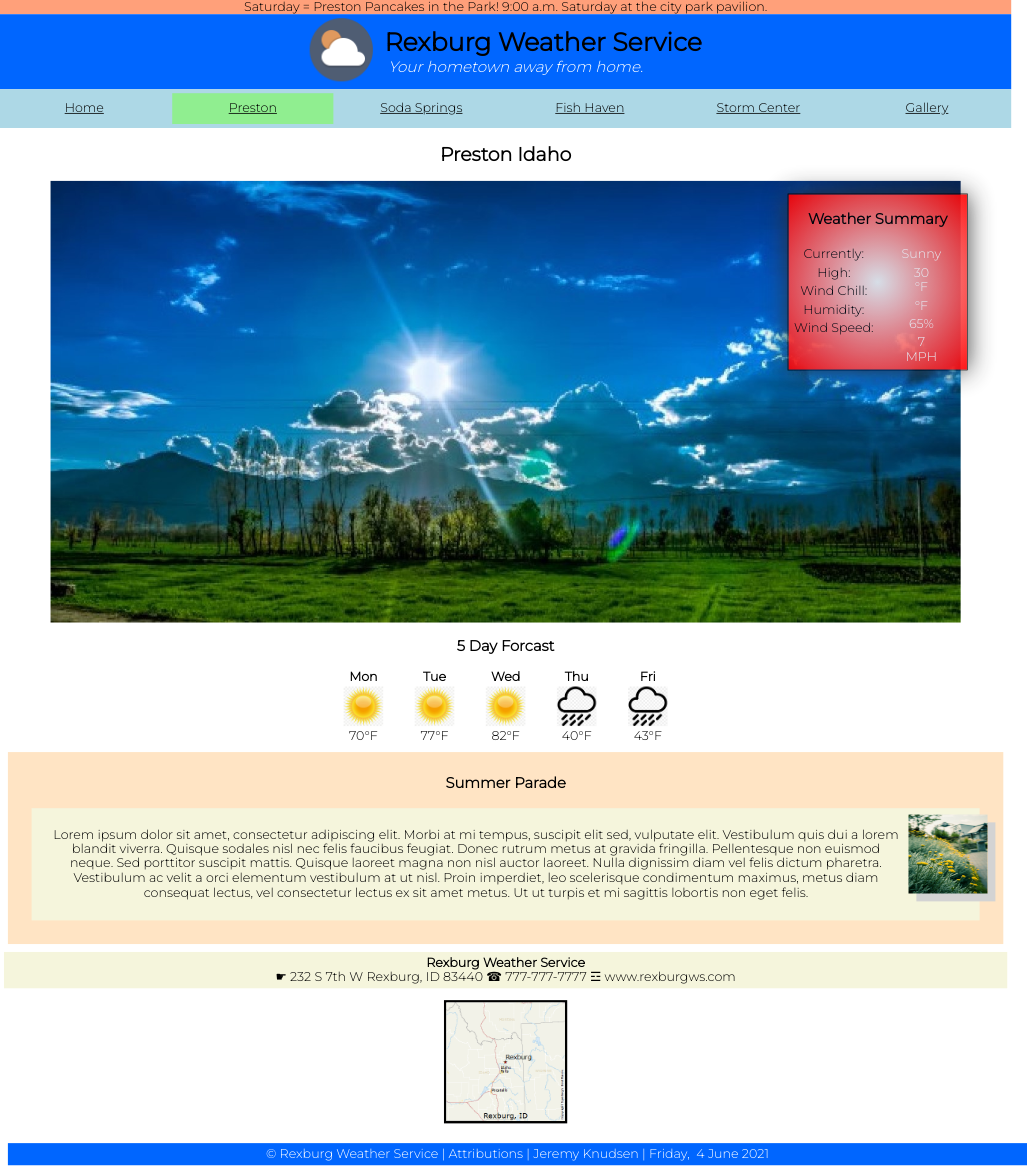
Repository: jknudsen97/jknudsen97.github.io
Page: Lesson06/preston-6.html
These files come from the project's save history. The page is drawn as it stood at one moment and after the next save; the edit follows.
The browser window is 1280 px wide. The page is 1300 px wide, so the pictures cover 1300 px, including what lies to the right of the window. The pictures show the whole page, at 79% of full size.

Above is the page before, as saved 2021-06-09 12:51:06.

### Lesson06/preston-6.html
<!DOCTYPE html>
<html lang="en">
<head>
    <meta charset="UTF-8">
    <meta http-equiv="X-UA-Compatible" content="IE=edge">
    <meta name="viewport" content="width=device-width, initial-scale=1.0">
    <title>Rexburg Weather Service</title>
    <meta name="description" content="This will be the main preston town page"/>
    <link rel="preconnect" href="https://fonts.gstatic.com">
    <link href="https://fonts.googleapis.com/css2?family=Montserrat:wght@100;300&display=swap" rel="stylesheet">
    <link rel="preconnect" href="https://fonts.gstatic.com">
    <link href="https://fonts.googleapis.com/css2?family=Nunito:wght@300&display=swap" rel="stylesheet">
    <script defer src="js/script.js"></script>
    <link rel="stylesheet" href="https://cdnjs.cloudflare.com/ajax/libs/normalize/8.0.1/normalize.min.css">
    <link rel="stylesheet" href="css/main.css"/>
    <link rel="stylesheet" href="css/medium.css"/>
    <link rel="stylesheet" href="css/large.css"/>
</head>
<body>
    <div class="banner">Saturday = Preston Pancakes
        in the Park!  9:00 a.m.
        Saturday at the city park pavilion.
    </div>
    <header>
        <picture>
            <img src="images/logo.png" alt="Preston logo">
        </picture>
        <section class="headings">
            <h1>Rexburg Weather Service</h1>
            <div class="motto">Your hometown away from home.</div>
        </section>
    </header>

    <div class="nav">
        <div class="hamburger">
            <span class="bar"></span>
            <span class="bar"></span>
            <span class="bar"></span>
        </div>
        <ul class="menu">
            <li><a href="#home" class="link">Home</a></li>
            <li><a href="#preston" class="current">Preston</a></li>
            <li><a href="#sodaSprings" class="link">Soda Springs</a></li>
            <li><a href="#fishHaven" class="link">Fish Haven</a></li>
            <li><a href="#stormCenter" class="link">Storm Center</a></li>
            <li><a href="#gallery" class="link">Gallery</a></li>
        </ul>
    </div>
    <main>
        <div>
            <h2>Preston Idaho</h2>
            <picture>
                <source srcset="images/wdd230_image200.jpeg" media="(max-width: 500px)">
                <source srcset="images/wdd230_image400.jpeg" media="(max-width: 800px)">
                <source srcset="images/wdd230_image600.jpeg" media="(max-width: 1200px)">
                <img class="stock1" src="images/wdd230_image600.jpeg" alt="Stock Photo 1">
            </picture>
                    <div class="summary">
                        <h3>
                            Weather Summary
                        </h3>
                        <div class="sum-titles">
                            <ul class="sum-data">
                                <li>Currently: </li>
                                <li>High: </li>
                                <li>Wind Chill: </li>
                                <li>Humidity: </li>
                                <li>Wind Speed: </li>
                            </ul>
                            <ul>
                                <li class="s-color">Sunny</li>
                                <li class="s-color"><span id="temp">30</span>&#176;F</li>
                                <li class="s-color"><span id="WC"></span>&#176;F</li>
                                <li class="s-color">65%</li>
                                <li class="s-color"> <span id="speed">7</span>MPH</li>
                            </ul>
                        </div>
                    </div>
                    <div class="weather">
                        <h3>5 Day Forcast</h3>
                        <table class="table">
                            <tr class="days">
                                <th>Mon</th>
                                <th>Tue</th>
                                <th>Wed</th>
                                <th>Thu</th>
                                <th>Fri</th>
                            </tr>
                            <tr>
                                <td><img class="sunny" src="images/sunny.png" alt="Sunny Thumbnail"><span>70&#176;F</span></td>
                                <td><img class="sunny" src="images/sunny.png" alt="Sunny Thumbnail"><span>77&#176;F</span></td>
                                <td><img class="sunny" src="images/sunny.png" alt="Sunny Thumbnail"><span>82&#176;F</span></td>
                                <td><img class="rainy" src="images/rainy.png" alt="Sunny Thumbnail"><span>40&#176;F</span></td>
                                <td><img class="rainy" src="images/rainy.png" alt="Sunny Thumbnail"><span>43&#176;F</span></td>
                            </tr>
                        </table>
                    </div>
                    <div class="background">
                    <h3>Summer Parade</h3>
                    <img class="stock2" src="images/stock2.jpg" alt="Stock Photo 2">
                <div class="fillerText">
                    <p>
                    Lorem ipsum dolor sit amet, consectetur adipiscing elit.
                    Morbi at mi tempus,
                    suscipit elit sed,
                    vulputate elit. Vestibulum quis dui a lorem blandit viverra.
                    Quisque sodales nisl nec felis faucibus feugiat.
                    Donec rutrum metus at gravida fringilla.
                    Pellentesque non euismod neque.
                    Sed porttitor suscipit mattis.
                    Quisque laoreet magna non nisl auctor laoreet.
                    Nulla dignissim diam vel felis dictum pharetra.
                    Vestibulum ac velit a orci elementum vestibulum at ut nisl.
                    Proin imperdiet, leo scelerisque condimentum maximus,
                    metus diam consequat lectus,
                    vel consectetur lectus ex sit amet metus.
                    Ut ut turpis et mi sagittis lobortis non eget felis.
                    </p>
                </div>
            </div>
        </div>
        <div class="contact">
            <p class="contact-info"><b>Rexburg Weather Service</b>
            &#9755;	232 S 7th W
            Rexburg, ID 83440
            &#9742; 777-777-7777
            &#9778; www.rexburgws.com</p>
        </div>
        <div class="map">
            <img class="map2" src="images/map.png" alt="Rexburg Map">
        </div>
    </main>
    <footer>
        <div>&copy; Rexburg Weather Service | Attributions | Jeremy Knudsen |&nbsp;</div>
        <div class="current2">
            <span id="currentDayofWeek"></span>, &nbsp;
            <span id="currentDay"></span> &nbsp; <span id="currentMonth"></span> &nbsp;
            <span id="currentYear"></span>
        </div>
    </footer>
</body>
</html>

### Lesson06/css/main.css
header {
    background-color: #0066ff;
    padding: 5px;
    display: flex;
    align-items: center;
    justify-content: center;
}

header img{
    width: 50px;
    height: auto;
}

body{
    font-family: 'Montserrat', sans-serif;
}

main{
    text-align: center;
}

p{
    justify-content: center;
    background-color: beige;
    padding: 25px;
    margin: 20px;
}

.headings {
    display: flex;
    flex-direction: column;
}

.headings h1{
    font-size: 2em;
    margin: 0 0 0 15px;
}

.motto{
    font-style: italic;
    color: white;
    margin-left: 20px;
    font-size: 1.2rem;
}

.nav{
    overflow: hidden;
    background-color: lightblue;
    position: relative;
}

.menu{
    overflow: hidden;
    display: none;
}

.menu li{
    list-style: none;
    text-decoration: none;
    flex: 1;
    text-align: center;
    justify-content: center;
    box-sizing: border-box;
    line-height: 1.5rem;
}

.menu a{
    color: black;
    justify-content: space-between;
    text-align: center;
    list-style-type: none;
    flex-direction: row;
    align-items: center;
    display: block;
}

.active{
    display: block;
    padding: 0px;
}

a.link, a.current{
    padding: 7.5px;
}

.nav a.icon{
    background: black;
    display: block;
    position: absolute;
    right: 0;
    top: 0;
}

.hamburger{
    display: none;
}

.bar{
    display: block;
    width: 25px;
    height: 3px;
    margin: 5px auto;
    -webkit-transition: all 0.3s ease-in-out;
    transition: all 0.3s ease-in-out;
    background-color: black;
}

footer {
    margin: 10px;
    color: white;
    background-color: #0066ff;
    padding: 5px;
    display: flex;
    align-items: center;
    justify-content: center;
    flex-direction: column;
}

.hamburger{
    display: block;
    cursor: pointer;
}

.hamburger.active .bar:nth-child(2) {
    opacity: 0;
}

.hamburger.active .bar:nth-child(1) {
    transform: translateY(8px) rotate(45deg);
}

.hamburger.active .bar:nth-child(3) {
    transform: translateY(-8px) rotate(-45deg);
}

.header img{
    width: 120px;
    height: auto;
}

/*Lesson05*/

.stock1{
    display: block;
    align-items: center;
    margin-left: auto;
    margin-right: auto;
    max-width: 95%;
    height: auto;
    position: relative;
}

.stock2{
    box-shadow: 10px 10px lightgray;
    margin: 10px;
    float: right;
    width: 100px;
    height: 100px;
}

.fillertext{
    padding: 15px;
    margin: 10px;
    text-align: justify;
}

.background{
    justify-content: center;
    display: block;
    background-color: bisque;
    padding: 10px;
    margin: 10px;
}

.weather{
    display: none;
}

.contact-info{
    margin: 5px;
    padding: 5px;
    display: flex;
    flex-direction: column;
}

.map{
    display: none;
}

ul{
    padding: 0;
    margin: 0;
    list-style-type: none;
}

li{
    margin: 5px;
}

div.summary{
    top: 240px;
    right: 50px;
    background: radial-gradient(#eee, red);
    border: 1px solid #000;
    padding: 0.15rem;
    box-shadow: 0 0 30px #333;
    opacity: .9;
    margin: 5px;
}

.s-color{
    color: white;
}

.banner{
    text-align: center;
    background-color: lightsalmon;
    margin-left: auto;
    margin-right: auto;
}

td{
    padding-right: 20px;
    padding-left: 20px;
}

tr{
    padding: 5px;
    clear: both;
    overflow: hidden;
    white-space: nowrap;
}

.sum-titles{
    display: grid;
    grid-template-columns: 1fr 1fr;
}

### Lesson06/css/medium.css
@media only screen and (min-width: 32.5em){
    .menu{
        display: flex;
    }

    header img{
        width: 80px;
        height: auto;
    }

    .headings h1{
        font-size: 2rem;
    }

    .hamburger{
        display: none;
    }

    footer{
        margin: 10px;
        flex-direction: row;
        width: 100%;
    }

    /*Lesson05*/

    .stock1{
        width: 50%;
        height: 10%;
    }

    .weather{
        display: contents;
    }

    .table{
        border-collapse: collapse;
        margin-left: auto;
        margin-right: auto;
    }

    th, td{
        border: 1px black;
    }

    .sunny{
        width: 50px;
        height: 50px;
    }

    .rainy{
        width: 50px;
        height: 50px;
    }

    span{
        display: block;
    }

    .current2{
        display: flex;
        flex-direction: row;
    }

    .map{
        display: contents;
    }

    .map2{
        position: static;
        width: 150px;
        height: 150px;
        margin: 10px;
        border-style: solid;
        border-color: black;
    }

    .summary{
        top: 275px;
        right: 50px;
        position: absolute;
    }

    .sum-titles{
        position: static;
        border-collapse: collapse;
        margin-left: auto;
        margin-right: auto;

        height: auto;
    }

    .nav a:active{
        background-color: white;
    }

    .nav a:hover{
        background-color: green;
        color: white;
    }


    .current {
        background:lightgreen;
      }
}

### Lesson06/css/large.css
@media only screen and (min-width: 60em){
    .menu{
        display: flex;
        top: 5rem;
        border-radius: 10px;
        justify-content: space-between;
        width: 100%;
        transition: 0.3s;
    }

    .stock1{
        width: 90%;
    }
}

### Lesson06/js/script.js
const hamburger = document.querySelector(".hamburger");
const menu = document.querySelector(".menu");
hamburger.addEventListener("click", mobileMenu);

function mobileMenu() {
    hamburger.classList.toggle("active");
    menu.classList.toggle("active");
}

const link = document.querySelectorAll(".link");
link.forEach(n => n.addEventListener("click", closeMenu));

function closeMenu(){
    hamburger.classList.remove("active");
    menu.classList.remove("active");
}

var d = new Date();
var weekday = new Array(7);
weekday[0] = "Sunday";
weekday[1] = "Monday";
weekday[2] = "Tuesday";
weekday[3] = "Wednesday";
weekday[4] = "Thursday";
weekday[5] = "Friday";
weekday[6] = "Saturday";

var n = weekday[d.getDay()];
document.querySelector("#currentDayofWeek").innerHTML = n;

var n = d.getDate();
document.querySelector("#currentDay").innerHTML = n;

var month = new Array();
month[0] = "January";
month[1] = "February";
month[2] = "March";
month[3] = "April";
month[4] = "May";
month[5] = "June";
month[6] = "July";
month[7] = "August";
month[8] = "September";
month[9] = "October";
month[10] = "November";
month[11] = "December";

var n = month[d.getMonth()];
document.querySelector("#currentMonth").innerHTML = n;

var n = d.getFullYear();
document.querySelector("#currentYear").innerHTML = n;

//Lesson05

/*var header = document.querySelector("#nav");
var btns = header.getElementsByClassName("link");
for (var i = 0; i < btns.length; i++) {
  btns[i].addEventListener("click", function() {
  var current = document.getElementsByClassName("active");
  if (current.length > 0) {
    current[0].className = current[0].className.replace(" active", "");
  }
  this.className += " active";
  });
}*/

/*const current = 0;
for (var i = 0; i < document.links.length; i++) {
    if (document.links[i].href === document.URL) {
        current = i;
    }
}
document.links[current].className = 'current';*/

let thedate = new Date();
const friday = thedate.getDay();
const banner = document.querySelector('.banner');

if (thedate.getDay() == 5)
{
  document.querySelector('.banner').style.display = 'block';
}
else
{
  banner.style.display = "none";
}

After the next save:
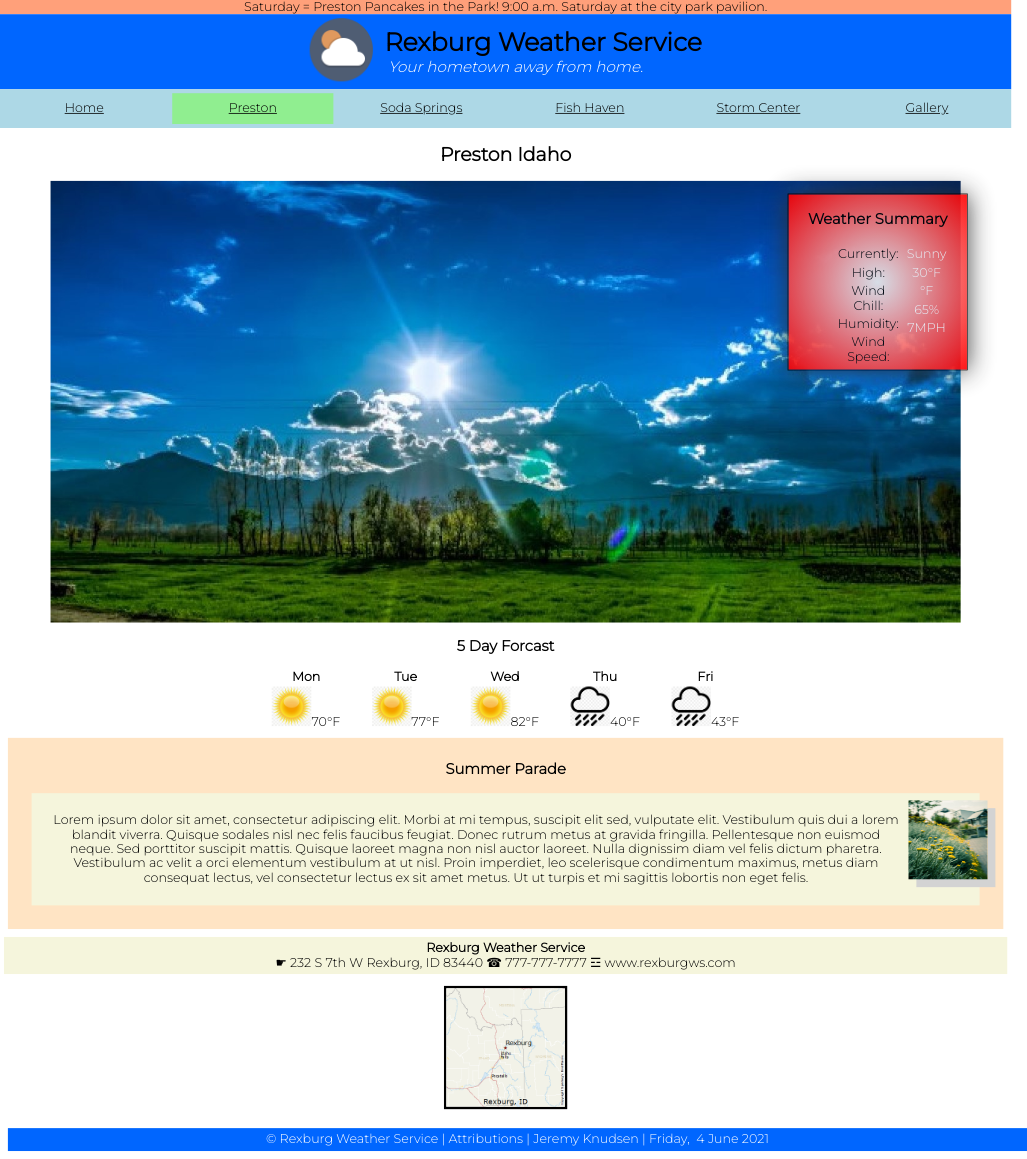
Saved 100 s later.
--- a/Lesson06/css/medium.css
+++ b/Lesson06/css/medium.css
@@ -54,7 +54,7 @@
     }
 
     span{
-        display: block;
+
     }
 
     .current2{
@@ -86,7 +86,7 @@
         border-collapse: collapse;
         margin-left: auto;
         margin-right: auto;
-
+        max-width: 50%;
         height: auto;
     }
 
